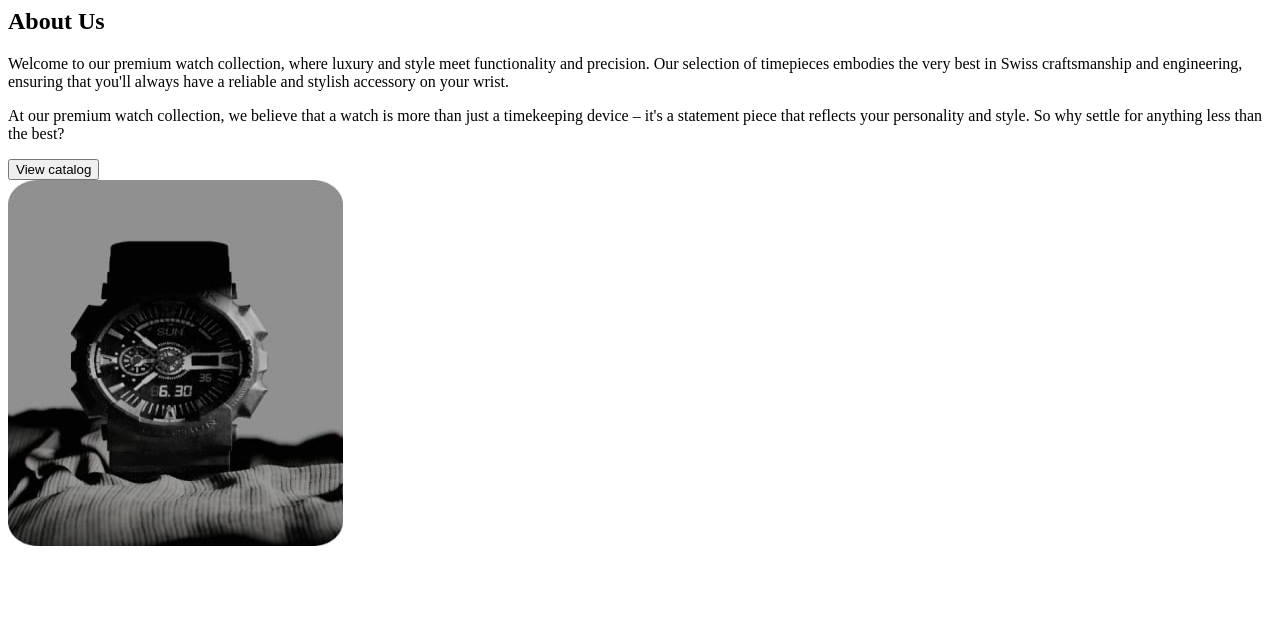
Repository: DenysOvsiienko/105-cyber-solutions-team-project
Page: src/partials/about-us.html
These files come from the project's save history. The page is drawn as it stood at one moment and after the next save; the edit follows.
The browser window is 1280 px wide. The pictures show the whole page.

Above is the page before, as saved 2024-03-21 20:52:08.

After the next save:
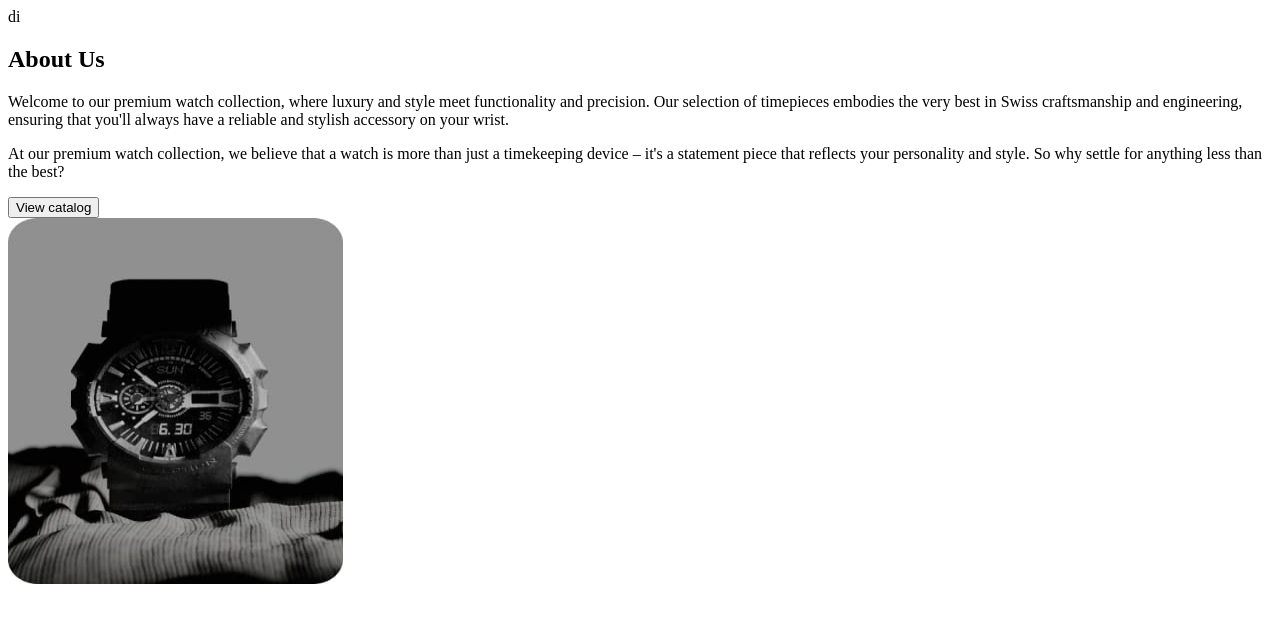
Saved 82 s later.
--- a/src/partials/about-us.html
+++ b/src/partials/about-us.html
@@ -1,9 +1,11 @@
 <section>
     <div class="block">
+        di
         <h2 class="about-us">About Us</h2>
         <p class="text">Welcome to our premium watch collection, where luxury and style meet functionality and precision. Our selection of timepieces embodies the very best in Swiss craftsmanship and engineering, ensuring that you'll always have a reliable and stylish accessory on your wrist.</p>
 
         <p class="text">At our premium watch collection, we believe that a watch is more than just a timekeeping device – it's a statement piece that reflects your personality and style. So why settle for anything less than the best? </p>
+
         <button type="button" class="btn">View catalog</button>
     </div>
     <div>

After the save that followed:
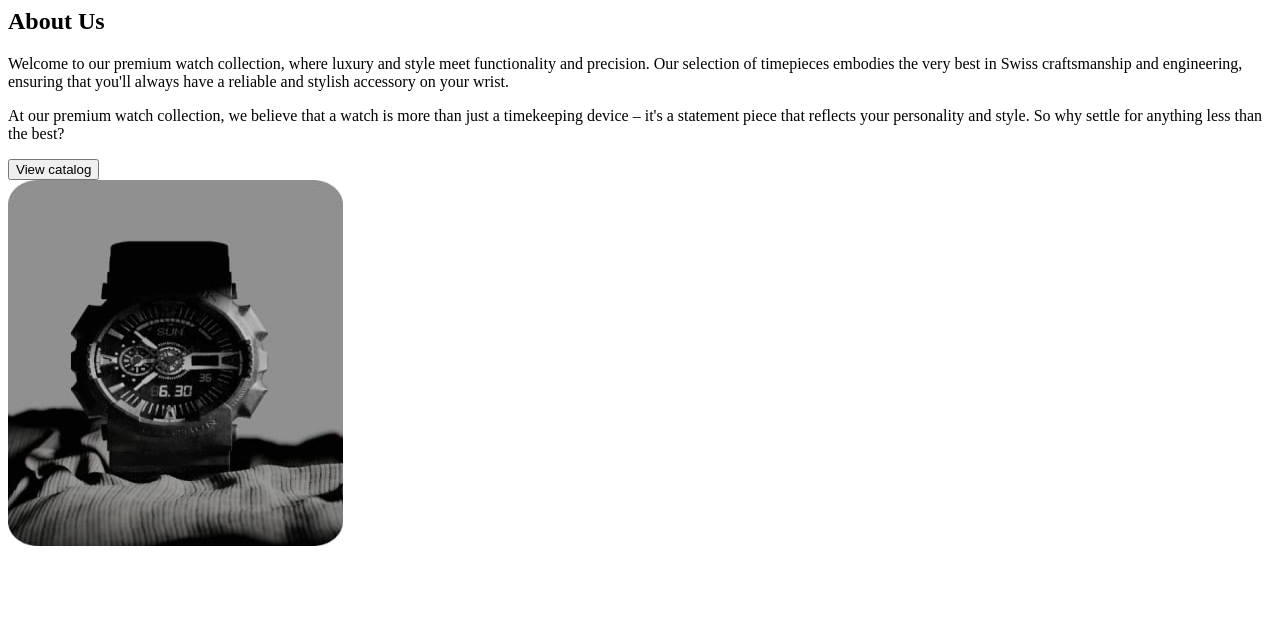
Saved 8 s later.
--- a/src/partials/about-us.html
+++ b/src/partials/about-us.html
@@ -1,11 +1,11 @@
 <section>
     <div class="block">
-        di
+        <div>
         <h2 class="about-us">About Us</h2>
         <p class="text">Welcome to our premium watch collection, where luxury and style meet functionality and precision. Our selection of timepieces embodies the very best in Swiss craftsmanship and engineering, ensuring that you'll always have a reliable and stylish accessory on your wrist.</p>
 
         <p class="text">At our premium watch collection, we believe that a watch is more than just a timekeeping device – it's a statement piece that reflects your personality and style. So why settle for anything less than the best? </p>
-
+        </div>
         <button type="button" class="btn">View catalog</button>
     </div>
     <div>
